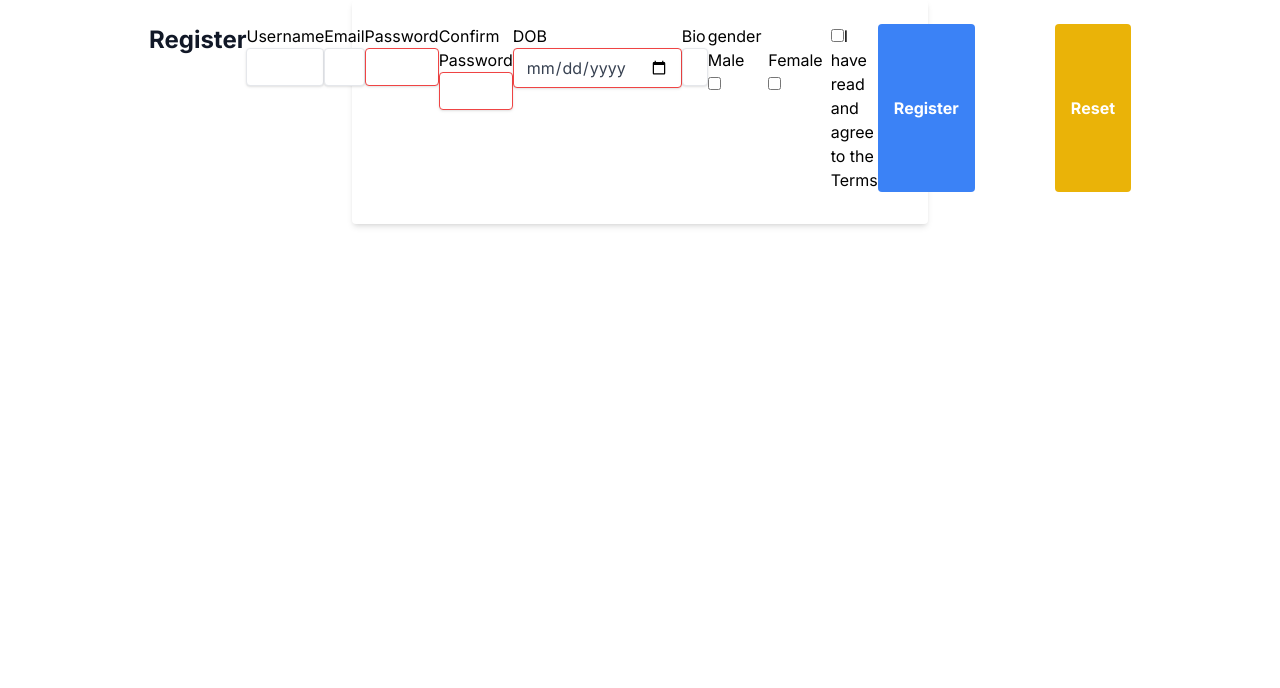
Repository: uh-sman/tiktok-card
Page: /
These files come from the project's save history. The page is drawn as it stood at one moment and after the next save; the edit follows.
The browser window is 1280 px wide. The pictures show the whole page.
The project was rebuilt for these pictures with package versions that can differ from the ones it lists, and the page was loaded fresh each time. The framework's server and built-in components were replaced by stand-ins that run in the browser. Also part of the build but not shown: next.config.js.

Above is the page before, as saved 2023-12-19 15:02:26.

### app/page.tsx
'use client'
// import Input from "./components/Input";
import { FieldValues, SubmitHandler, useForm } from "react-hook-form";
import AuthForm from "./components/AuthForm";
type FormValues = {
  name: string,
      email: string,
      password: string,
      confirmPassword: string,
      DateOfBirth: string,
      Bio: string,
      gender: string,
      termsAndConditions: string
}

export default function Home() {
  return (
    <div className="flex justify-center items-center h-full w-full">
      {/* <div className="flex justify-center">

      </div> */}
      <AuthForm />
    </div>
  )
}



{/* <form class="max-w-sm mx-auto">
  <div class="mb-5">
    <label for="email" class="block mb-2 text-sm font-medium text-gray-900 dark:text-white">Your email</label>
    <input type="email" id="email" class="bg-gray-50 border border-gray-300 text-gray-900 text-sm rounded-lg focus:ring-blue-500 focus:border-blue-500 block w-full p-2.5 dark:bg-gray-700 dark:border-gray-600 dark:placeholder-gray-400 dark:text-white dark:focus:ring-blue-500 dark:focus:border-blue-500" placeholder="name@flowbite.com" required>
  </div>
  <div class="mb-5">
    <label for="password" class="block mb-2 text-sm font-medium text-gray-900 dark:text-white">Your password</label>
    <input type="password" id="password" class="bg-gray-50 border border-gray-300 text-gray-900 text-sm rounded-lg focus:ring-blue-500 focus:border-blue-500 block w-full p-2.5 dark:bg-gray-700 dark:border-gray-600 dark:placeholder-gray-400 dark:text-white dark:focus:ring-blue-500 dark:focus:border-blue-500" required>
  </div>
  <div class="flex items-start mb-5">
    <div class="flex items-center h-5">
      <input id="remember" type="checkbox" value="" class="w-4 h-4 border border-gray-300 rounded bg-gray-50 focus:ring-3 focus:ring-blue-300 dark:bg-gray-700 dark:border-gray-600 dark:focus:ring-blue-600 dark:ring-offset-gray-800 dark:focus:ring-offset-gray-800" required>
    </div>
    <label for="remember" class="ms-2 text-sm font-medium text-gray-900 dark:text-gray-300">Remember me</label>
  </div>
  <button type="submit" class="text-white bg-blue-700 hover:bg-blue-800 focus:ring-4 focus:outline-none focus:ring-blue-300 font-medium rounded-lg text-sm w-full sm:w-auto px-5 py-2.5 text-center dark:bg-blue-600 dark:hover:bg-blue-700 dark:focus:ring-blue-800">Submit</button>
</form> */}

### app/components/AuthForm.tsx
import React from "react";
import { useForm } from "react-hook-form";
// the type of data
type UserSubmitForm = {
    username: string;
    email: string;
    password: string;
    confirmPassword: string;
    acceptTerms: boolean;
    male:boolean;
    female:boolean;
    Bio:string;
    DateOfBirth: number
  };
const AuthForm: React.FC = () => {
    // using the useForm hook from the react-hook-form package
    const {register,handleSubmit, reset,formState} = useForm<UserSubmitForm>()
    // the onSubmit handler
    const onSubmit = (data: UserSubmitForm) => {
        if(data.male && data.female === true) {
            reset()
        }
        console.log(data)
    }
    return (
        <div className="w-full max-w-xl">
        <form className="flex justify-center bg-white shadow-md rounded px-8 pt-6 pb-8 mb-4" onSubmit={handleSubmit(onSubmit)}>
        <h2 className="font-bold text-gray-900 text-2xl text-center">Register</h2>
          <div className="flex flex-col">
            <label>Username</label>
            <input
            className="shadow appearance-none border rounded w-full py-2 px-3 text-gray-700 mb-3 leading-tight focus:outline-none focus:shadow-outline"
              type="text"
            //   using the hook to handle form state
            {...register('username')}
            />
            <div className="invalid-feedback">
                </div>
          </div>

          <div className="flex flex-col">
            <label>Email</label>
            <input
            className="shadow appearance-none border rounded w-full py-2 px-3 text-gray-700 mb-3 leading-tight focus:outline-none focus:shadow-outline"
            type="text"
            {...register('email')}
            />
            <div className="invalid-feedback">
                </div>
          </div>

          <div className="flex flex-col">
            <label>Password</label>
            <input
            className="shadow appearance-none border border-red-500 rounded w-full py-2 px-3 text-gray-700 mb-3 leading-tight focus:outline-none focus:shadow-outline"
            type="password"
            {...register('password')}
            />
            <div className="invalid-feedback">
                </div>
          </div>
          <div className="flex flex-col">
            <label>Confirm Password</label>
            <input
            className="shadow appearance-none border border-red-500 rounded w-full py-2 px-3 text-gray-700 mb-3 leading-tight focus:outline-none focus:shadow-outline"
              type="password"
              {...register('confirmPassword')}
            />
            <div className="invalid-feedback">
            </div>
          </div>
          <div className="flex flex-col">
            <label>DOB</label>
            <input
            className="shadow appearance-none border border-red-500 rounded w-full py-2 px-3 text-gray-700 mb-3 leading-tight focus:outline-none focus:shadow-outline"
              type="date"
              {...register('DateOfBirth')}
            />
            <div className="invalid-feedback">
            </div>
          </div>
          <div className="flex flex-col">
            <label>Bio</label>
            <input
            className="shadow appearance-none border rounded w-full py-2 px-3 text-gray-700 mb-3 leading-tight focus:outline-none focus:shadow-outline"
            type="text"
            {...register('Bio')}
            />
            <div className="invalid-feedback">
            </div>
          </div>

          <div className="">
          <label htmlFor="gender" className="font-md">
              gender
            </label>
           <div className="flex items-center gap-4">
           <div className="">
                <label className="mr-2" htmlFor="Male">Male</label>
            <input
              type="checkbox"
              {...register('male')}
              />

            </div>
            <div className="">
                <label className="mr-2" htmlFor="Female">Female</label>
            <input
              type="checkbox"
              {...register('female')}
              />
            </div>
           </div>
            <div className="invalid-feedback">
                </div>
          </div>
          <div className="">
            <input
              type="checkbox"
              {...register('acceptTerms')}
              />
            <label htmlFor="acceptTerms" className="form-check-label">
              I have read and agree to the Terms
            </label>
            <div className="invalid-feedback">
                </div>
          </div>

          <div className="flex justify-center gap-20">
            <button type="submit" className="bg-blue-500 hover:bg-blue-700 text-white font-bold py-2 px-4 rounded focus:outline-none focus:shadow-outline">
              Register
            </button>
            <button
              type="button"
              onClick={() => reset()}
              className="bg-yellow-500 hover:bg-yellow-700 text-white font-bold py-2 px-4 rounded focus:outline-none focus:shadow-outline"
              >
              Reset
            </button>
          </div>
        </form>
      </div>
    )
}

export default AuthForm;

Loaded but not shown: app/layout.tsx (common file); app/globals.css (common file); tailwind.config.ts (common file)

After the next save:
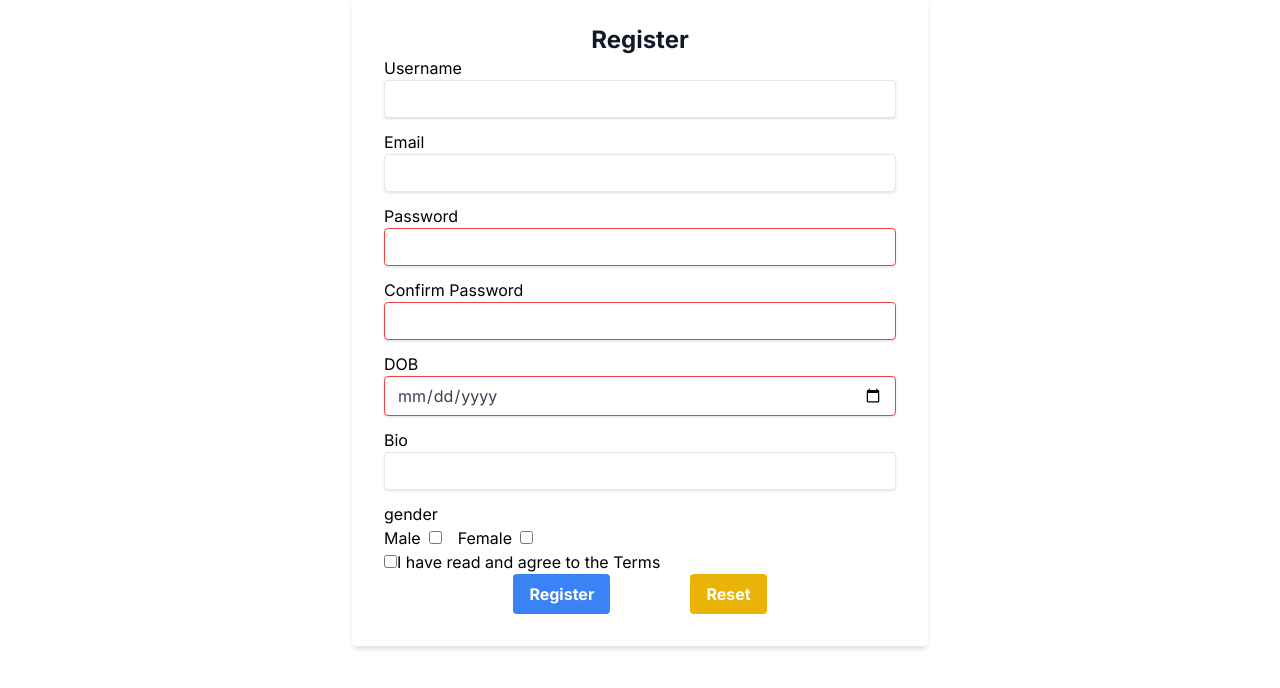
Saved 7 s later.
--- a/app/components/AuthForm.tsx
+++ b/app/components/AuthForm.tsx
@@ -24,7 +24,7 @@ const AuthForm: React.FC = () => {
     }
     return (
         <div className="w-full max-w-xl">
-        <form className="flex justify-center bg-white shadow-md rounded px-8 pt-6 pb-8 mb-4" onSubmit={handleSubmit(onSubmit)}>
+        <form className="flex justify-center flex-col bg-white shadow-md rounded px-8 pt-6 pb-8 mb-4" onSubmit={handleSubmit(onSubmit)}>
         <h2 className="font-bold text-gray-900 text-2xl text-center">Register</h2>
           <div className="flex flex-col">
             <label>Username</label>
